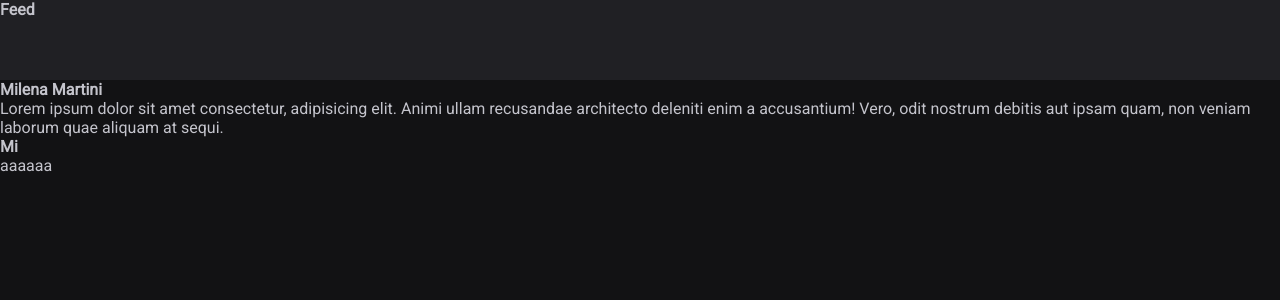
Repository: MilenaMartini/IgniteRckReactJs
Page: /
These files come from the project's save history. The page is drawn as it stood at one moment and after a run of saves; the edit follows.
The browser window is 1280 px wide. The pictures show the whole page.
The project was rebuilt for these pictures with package versions that can differ from the ones it lists, and the page was loaded fresh each time. Also part of the build but not shown: vite.config.js.

Above is the page before, as saved 2023-04-14 16:04:10.

After the next 2 saves:
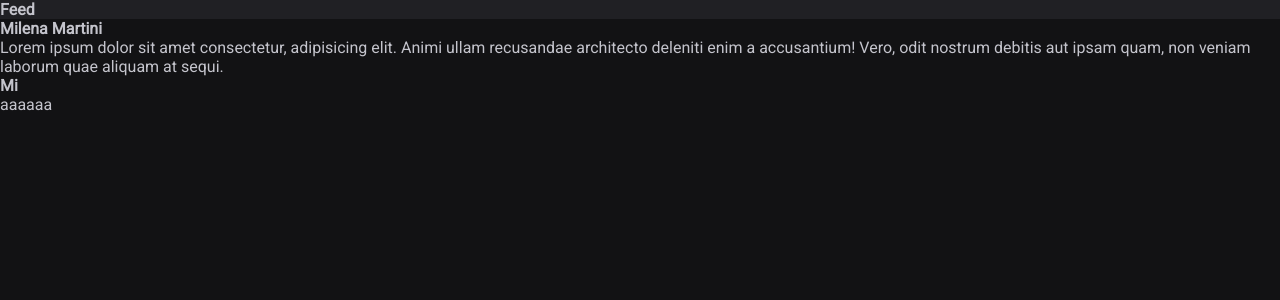
The 2 saves are shown as one change because they came seconds apart.
The last was saved 8 s later.
--- a/src/components/Header.module.css
+++ b/src/components/Header.module.css
@@ -1,5 +1,5 @@
 .header{
     background: var(--gray-800);
-
+    display
     height: 80px;
 }
